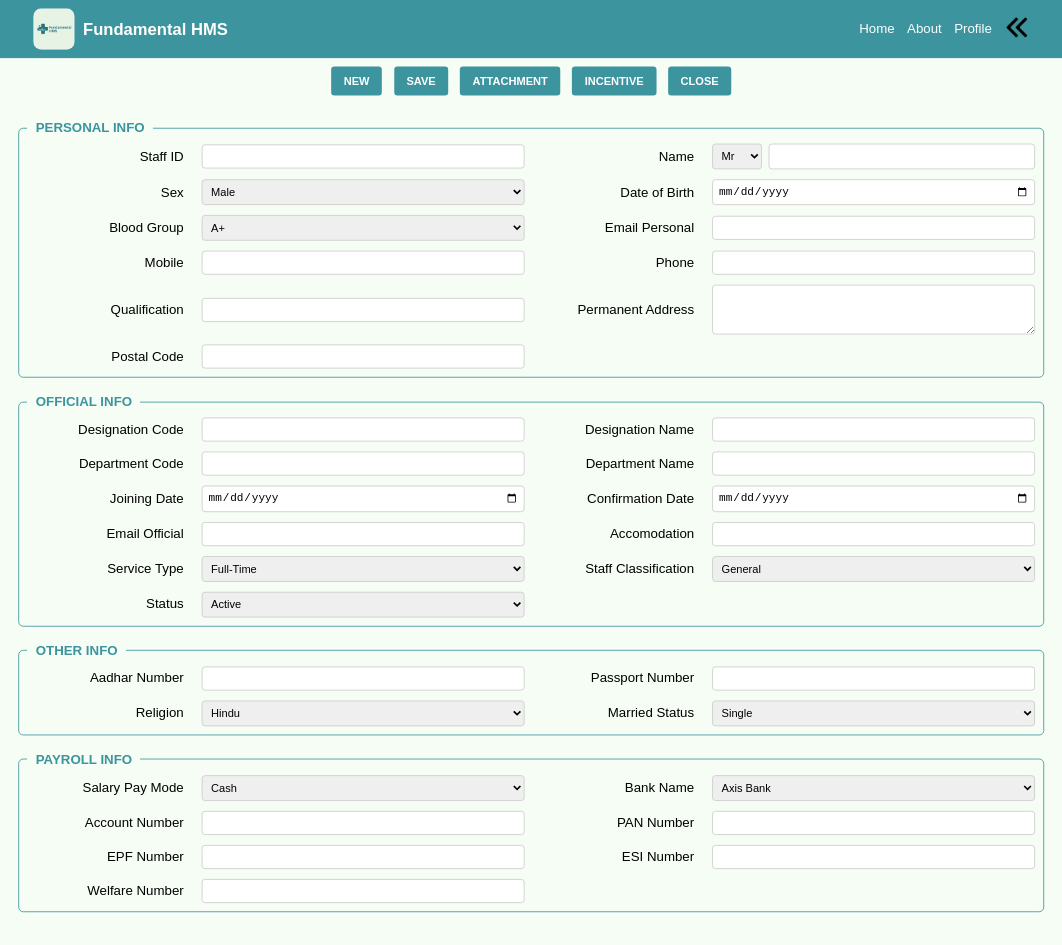
Repository: NAGENDRAN0/New
Page: http://localhost/staff
An editor plug-in stored every save of this project. The page is shown before and after the next save, followed by the edit.
The browser window is 1280 px wide. The pictures show the whole page, at 83% of full size.
The page is this project's Thymeleaf template; nobody is signed in. The template is opened directly, without the code that normally fills it, so the values that code supplies are empty.

Above is the page before, as saved 2025-05-19 10:59:06.

After the next save:
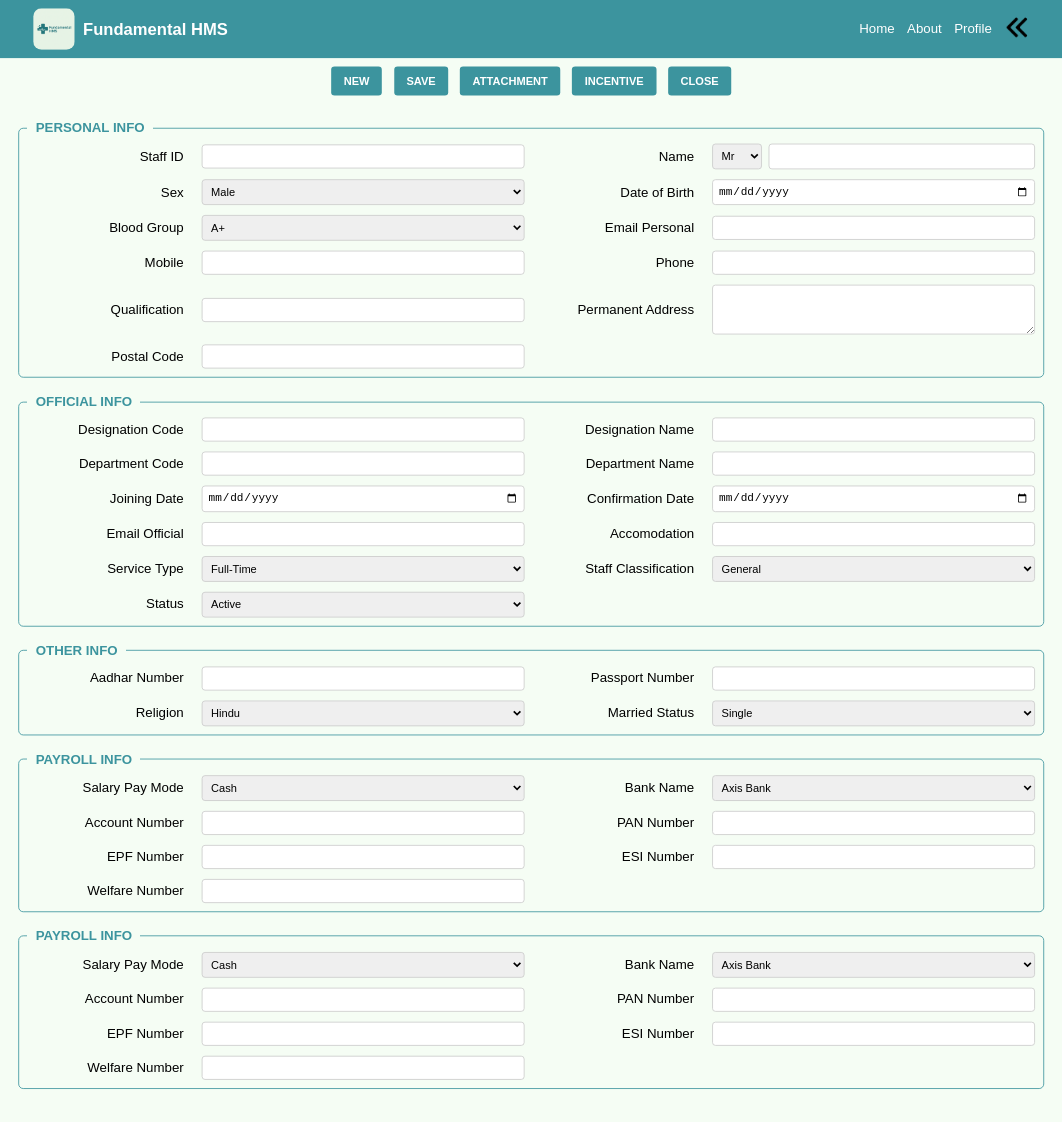
Saved 2 min 48 s later.
--- a/Documents/workspace-spring-tool-suite-4-4.25.0.RELEASE/HMS/src/main/resources/templates/staff.html
+++ b/Documents/workspace-spring-tool-suite-4-4.25.0.RELEASE/HMS/src/main/resources/templates/staff.html
@@ -295,6 +295,38 @@
 				<input type="text">
 			</div>
 		</fieldset>
+		<fieldset>
+					<legend>PAYROLL INFO</legend>
+					<div class="grid">
+						<label>Salary Pay Mode</label>
+						<select>
+							<option>Cash</option>
+							<option>Bank</option>
+						</select>
+
+						<label>Bank Name</label>
+						<select>
+							<option>Axis Bank</option>
+							<option>Other</option>
+
+						</select>
+
+						<label>Account Number</label>
+						<input type="text">
+
+						<label>PAN Number</label>
+						<input type="text">
+
+						<label>EPF Number</label>
+						<input type="text">
+
+						<label>ESI Number</label>
+						<input type="text">
+
+						<label>Welfare Number</label>
+						<input type="text">
+					</div>
+				</fieldset>
 	</form>
 </body>
 
